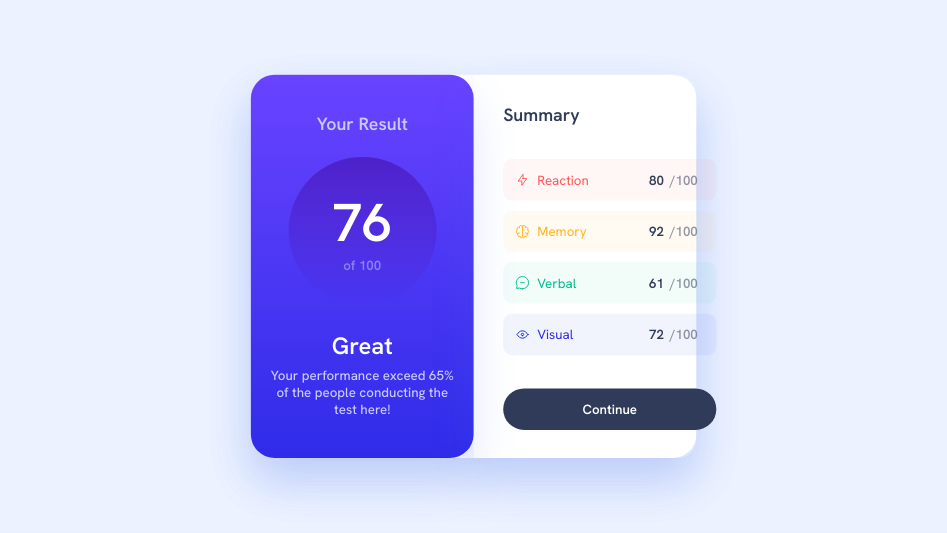
Repository: KamoliddinGIT/result-summary
Page: index.html
These files come from the project's save history. The page is drawn as it stood at one moment and after the next save; the edit follows.
The browser window is 1280 px wide. The pictures show the whole page, at 74% of full size.

Above is the page before, as saved 2023-09-08 16:52:02.

After the next save:
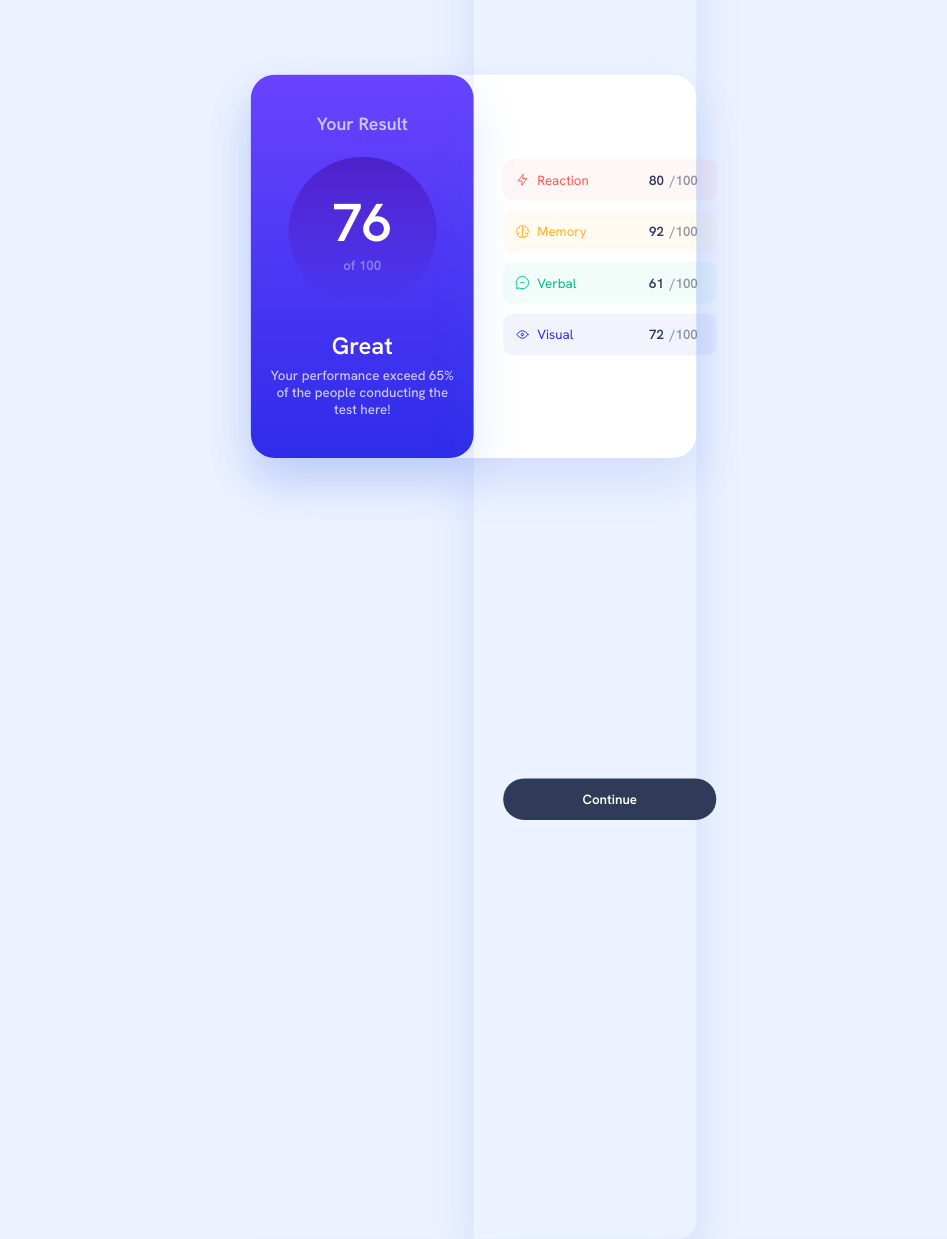
Saved 5 s later.
--- a/css/style.css
+++ b/css/style.css
@@ -63,7 +63,7 @@
   padding-left: 40px;
   justify-content: space-evenly;
   width: 50%;
-  height: 100%;
+  height: 507%;
   border-radius: 0 25px 25px 0;
   box-shadow: 0px 30px 60px 0px rgba(61, 108, 236, 0.15);
 }

After the save that followed:
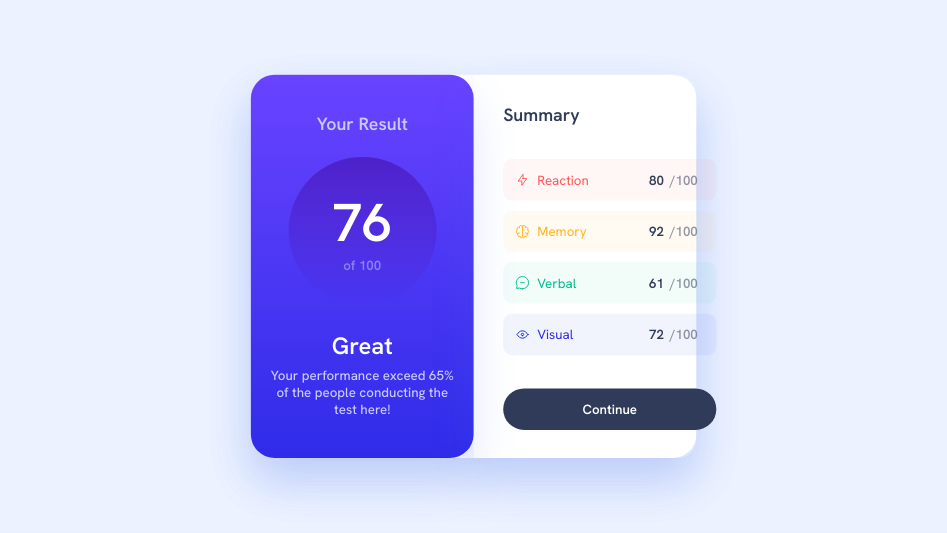
Saved 8 s later.
--- a/css/style.css
+++ b/css/style.css
@@ -63,7 +63,7 @@
   padding-left: 40px;
   justify-content: space-evenly;
   width: 50%;
-  height: 507%;
+  min-height: 100%;
   border-radius: 0 25px 25px 0;
   box-shadow: 0px 30px 60px 0px rgba(61, 108, 236, 0.15);
 }
